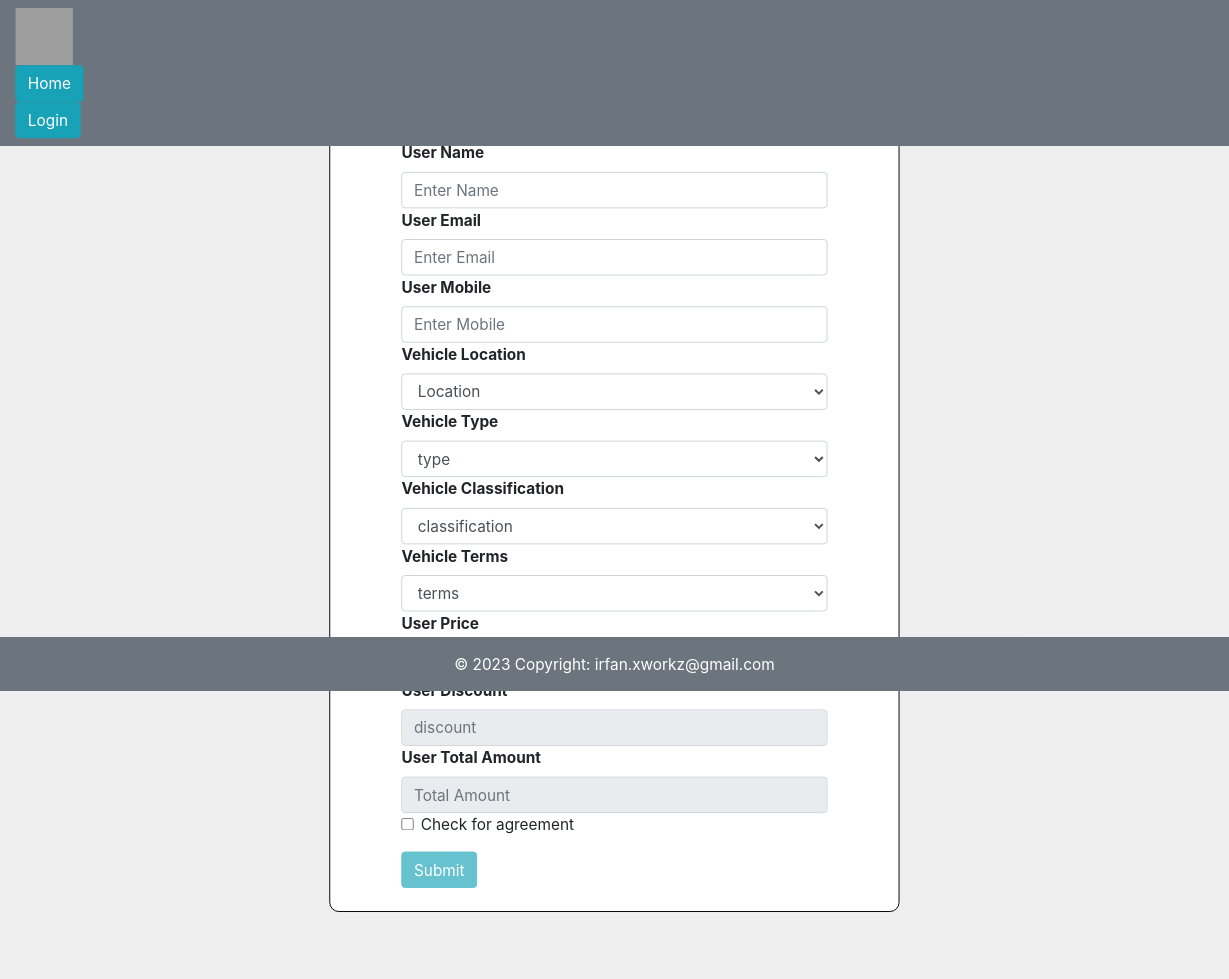
Repository: irfanxworkz/Project
Page: http://localhost/parking/UserInfo.jsp
These files come from the project's save history. The page is drawn as it stood at one moment and after the next save; the edit follows.
The browser window is 1280 px wide. The pictures show the whole page, at 96% of full size.
Pictures or frames that could not be fetched are drawn as grey boxes. The page is served by Tomcat 9.

Above is the page before, as saved 2023-07-09 23:36:29.

After the next save:
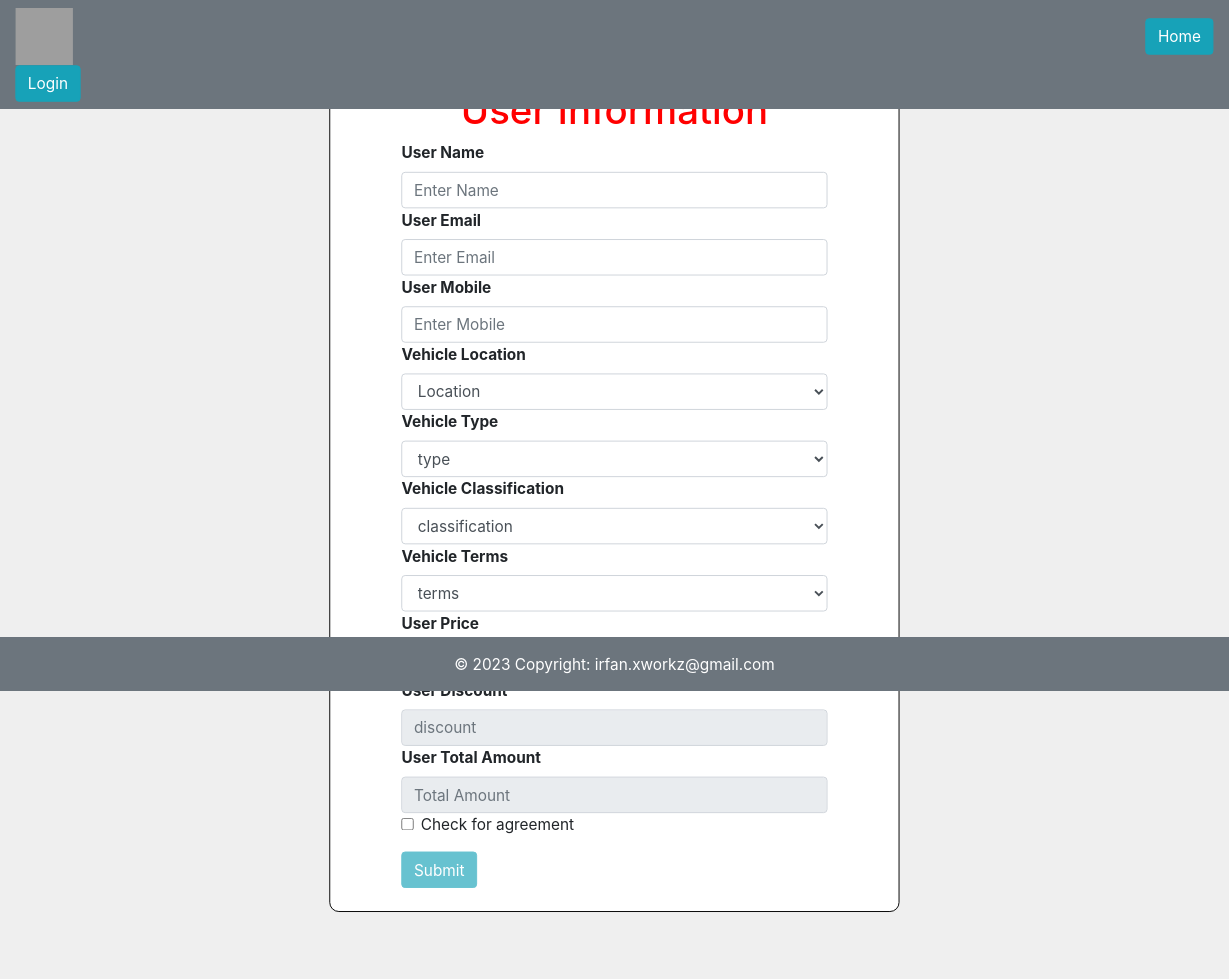
Saved 20 s later.
--- a/parking/src/main/webapp/UserInfo.jsp
+++ b/parking/src/main/webapp/UserInfo.jsp
@@ -82,7 +82,7 @@
 	<div class="fixed-header">
 		<nav class="navbar navbar-dark bg-secondary justify-content-between">
 			<img src="https://w7.pngwing.com/pngs/974/17/png-transparent-car-park-parking-computer-icons-parking-text-rectangle-logo-thumbnail.png" alt="" width="60" height="60">
-		    <a href="User.jsp" class="btn btn-info" type="button" style="margin-right: 1150px;">Home</a>
+		    <a href="User.jsp" class="btn btn-info" type="button">Home</a>
 		    <a href="UserLogin.jsp" class="btn btn-info" type="button" style="margin-right: 1150px;">Login</a>
 		</nav>
 	</div>
